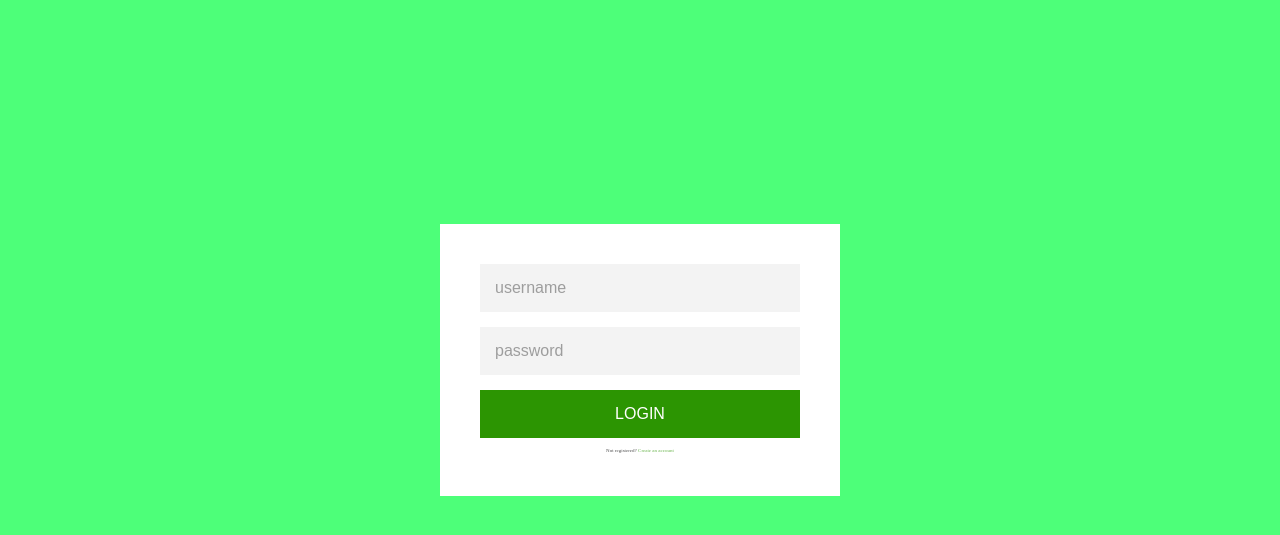
Repository: taka-sama/HTML-CSS-JS
Page: web00-lite/ex2/public_html/index.html
These files come from the project's save history. The page is drawn as it stood at one moment and after the next save; the edit follows.
The browser window is 1280 px wide. The pictures show the whole page.
The style sheet was rebuilt from its Sass, Less or Tailwind sources for each picture, by a compiler version that may differ from the author's.

Above is the page before, as saved 2022-01-04 18:27:08.

### web00-lite/ex2/public_html/index.html
<!DOCTYPE html>
<html lang="en">
<head>
  <meta charset="UTF-8">
  <meta http-equiv="X-UA-Compatible" content="IE=edge">
  <meta name="viewport" content="width=device-width, initial-scale=1.0">
  <title>web00-lite/ex2</title>
  <link rel="stylesheet" href="style.css">
</head>
<body>
  <div class="wrapper">
    <div class="form-content">
      <ul class="form-list">
        <li class="list-content">
          <form method="POST" action="#">
            <input type="text" name="NAME" placeholder="username">
          </form>
        </li>
        <li class="list-content">
          <form method="POST" action="#">
            <input type="password" name="NAME" placeholder="password">
          </form>
        </li>
        <li class="list-content">
          <button class="content-button">LOGIN</button>
        </li>
        <!-- <li class="list-content">
          <p>Not registered? <a href="#">Create an account</a></p>
        </li> -->
      </ul>
      <p class="form-text">Not registered? <a href="#">Create an account</a></p>
    </div>
  </div>
</body>
</html>

### web00-lite/ex2/public_html/style.scss
body {
  background-color: rgb(77, 255, 121);
}

.form-content {
  width: 25%;
  padding: 40px;
  background-color: #fff;
  display: inline-block;
  text-align: center;
  position: absolute;
  top: 50%;
  left: 50%;
  transform: translateY(-50%) translateX(-50%);
}

.form-list {
  margin: 0;
  padding: 0;
  list-style: none;
  font-size: 16px;

  .list-content {
    &:first-child, &:nth-child(2) {
      input {
        background-color: rgb(238, 238, 238);
        border: 0;
        font-size: 16px;
        padding: 15px;
        padding-right: 0;
        width: 100%;
        box-sizing: border-box;
        opacity: 0.7;
      }
    }
    &:not(:first-child) {
      margin-top:  15px;
    }
    &:nth-child(3) button {
      padding: 15px;
      background-color: rgb(44, 149, 2);
      color: white;
      border: 0;
      font-size: 16px;
      width: 100%;
    }
    &:nth-child(3) {
      // font-size: 12px;
      margin-top: 15px;
      p {
        opacity: 0.7;
        margin: 0;
      }
      a {
        color: rgb(44, 149, 2);
        text-decoration: none;
      }
    }
  }
}

.form-text {
  font-size: 5px;display: inline;
  padding: 15px 0 0 0;
  opacity: 0.7;
  margin: 0;
  width: 50%;
  text-align: center;
  margin: 0 auto;
  a {
    color: rgb(44, 149, 2);
    text-decoration: none;
  }
}

After the next save:
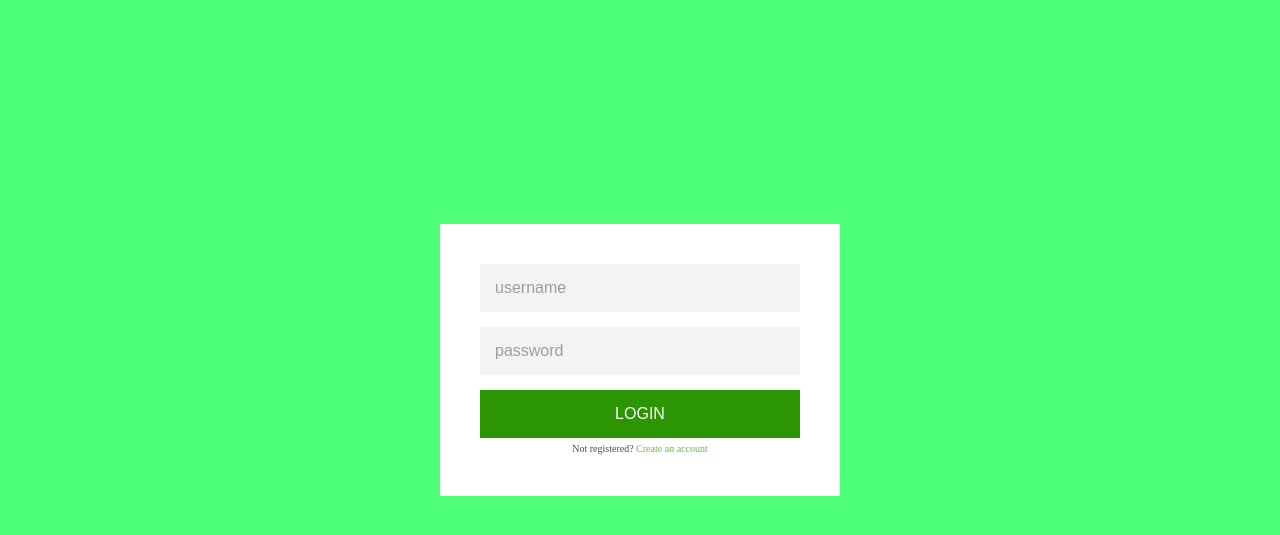
Saved 41 s later.
--- a/web00-lite/ex2/public_html/style.scss
+++ b/web00-lite/ex2/public_html/style.scss
@@ -60,7 +60,7 @@
 }
 
 .form-text {
-  font-size: 5px;display: inline;
+  font-size: 10px;display: inline;
   padding: 15px 0 0 0;
   opacity: 0.7;
   margin: 0;
